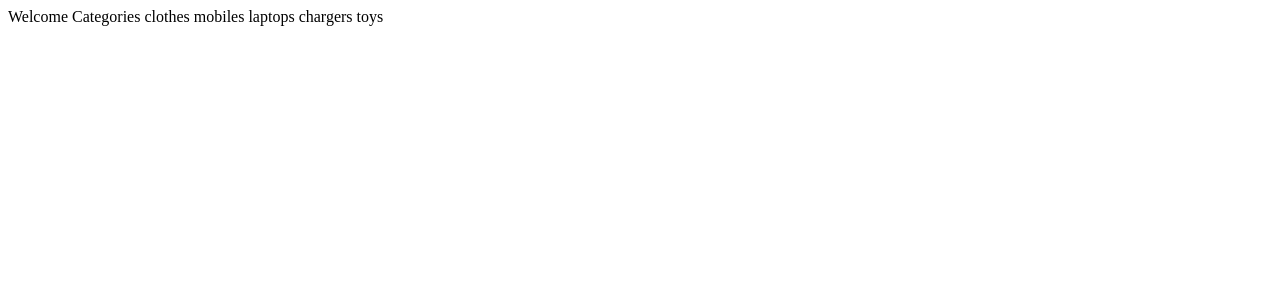
Repository: mounikakalakonda/amazon
Page: Amazon/WebContent/index.html
The author's editor kept a copy of each file at every save. The page is drawn from the files as they stood at one save, then again after the next save.
The browser window is 1280 px wide. The pictures show the whole page.

Above is the page before, as saved 2020-05-01 11:43:16.

After the next save:
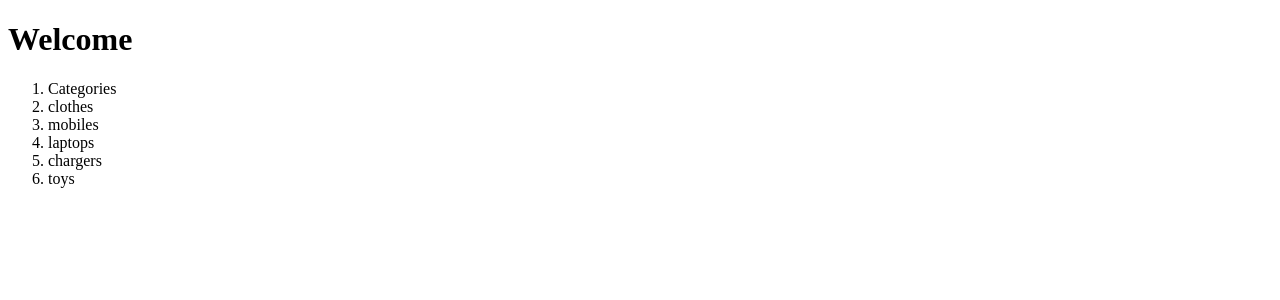
Saved 4 min 11 s later.
--- a/Amazon/WebContent/index.html
+++ b/Amazon/WebContent/index.html
@@ -5,13 +5,14 @@
 <title>amazon | index</title>
 </head>
 <body>
-	Welcome
-
-	Categories
-	clothes
-	mobiles
-	laptops
-	chargers
-	toys
+	<h1>Welcome</h1>
+	<ol>
+	<li>Categories</li>
+	<li>clothes</li>
+	<li>mobiles</li>
+	<li>laptops</li>
+	<li>chargers</li>
+	<li>toys</li>
+	</ol>
 </body>
 </html>
